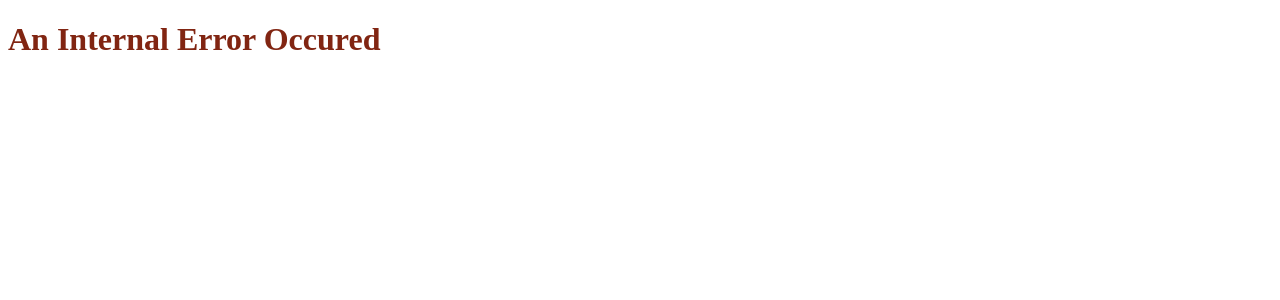
Repository: Solankinikhil/DailyWork
Page: http://localhost/JSP/Error.jsp
These files come from the project's save history. The page is drawn as it stood at one moment and after the next save; the edit follows.
The browser window is 1280 px wide. The pictures show the whole page.
The page is served by Tomcat 9.

Above is the page before, as saved 2020-03-09 05:42:10.

After the next save:
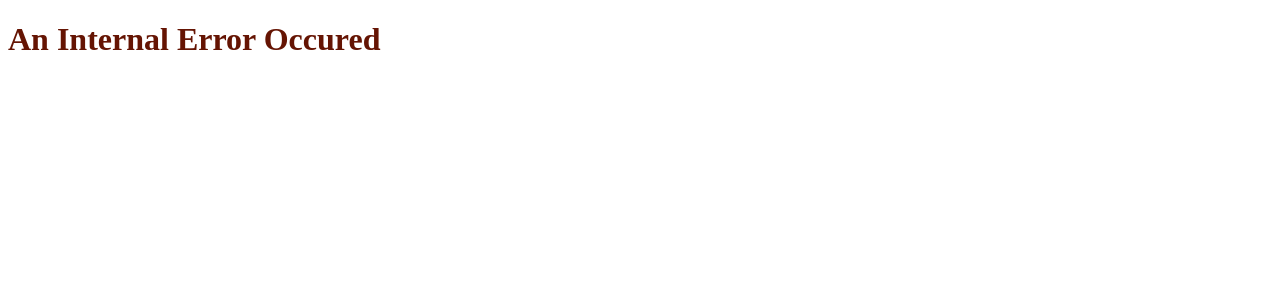
Saved 44 s later.
--- a/eclipse-workspace/JSP/WebContent/Error.jsp
+++ b/eclipse-workspace/JSP/WebContent/Error.jsp
@@ -7,6 +7,6 @@
 <title>Insert title here</title>
 </head>
 <body>
-	<h1 style="font-size: 30; color: #812512">An Internal Error Occured</h1>
+	<h1 style="font-size: 30; color: #651403 ">An Internal Error Occured</h1>
 </body>
 </html>

After the save that followed:
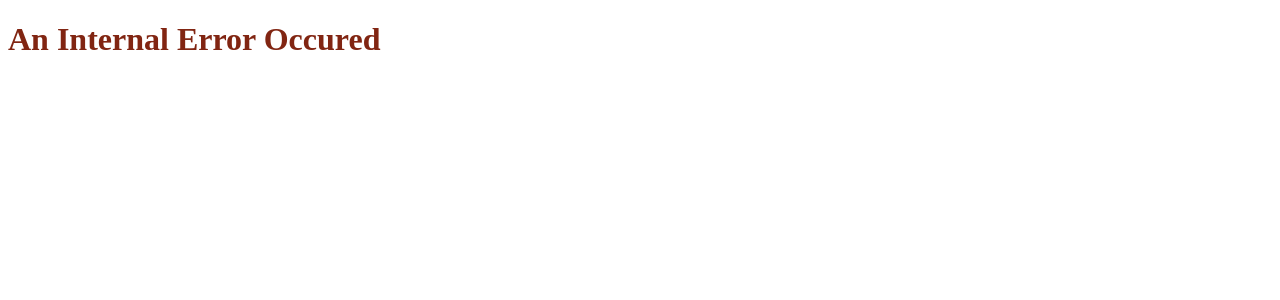
Saved 11 s later.
--- a/eclipse-workspace/JSP/WebContent/Error.jsp
+++ b/eclipse-workspace/JSP/WebContent/Error.jsp
@@ -7,6 +7,6 @@
 <title>Insert title here</title>
 </head>
 <body>
-	<h1 style="font-size: 30; color: #651403 ">An Internal Error Occured</h1>
+	<h1 style="font-size: 30; color: #812512">An Internal Error Occured</h1>
 </body>
 </html>
